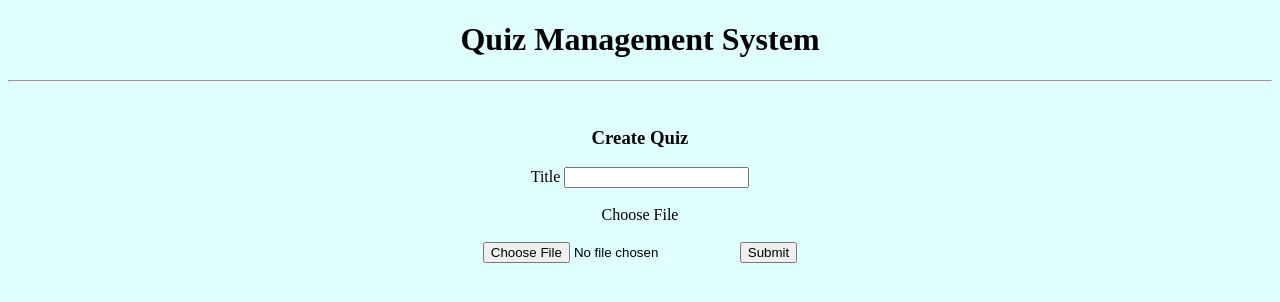
Repository: Rohitsenpai01/Quiz-Manangement-System
Page: http://localhost/WebQuizApp/createquiz.jsp
An editor plug-in stored every save of this project. The page is shown before and after the next save, followed by the edit.
The browser window is 1280 px wide. The pictures show the whole page.
The page is served by Tomcat 9.

Above is the page before, as saved 2025-12-29 14:21:32.

After the next save:
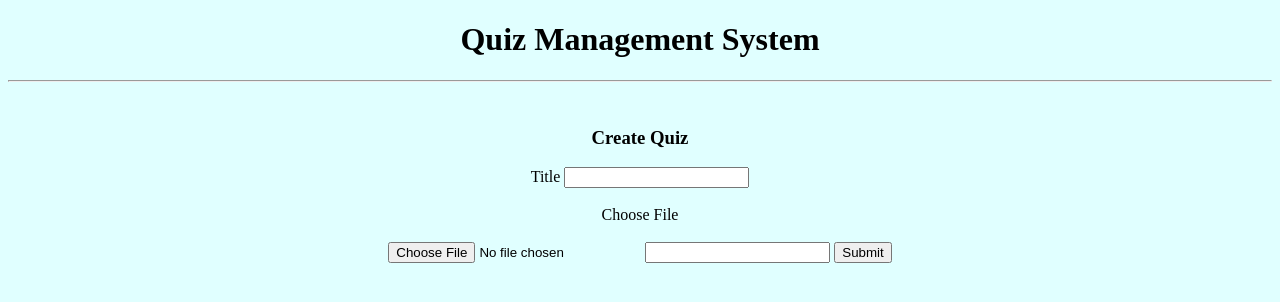
Saved 22 s later.
--- a/WebQuizApp/WebQuizApp/src/main/webapp/createquiz.jsp
+++ b/WebQuizApp/WebQuizApp/src/main/webapp/createquiz.jsp
@@ -16,7 +16,7 @@
 			Title <input type="text" name="title"><br><br>
 			Choose File<br><br>
 			<input type="file" id="upFile" name="filename">
-			<input type="hidden" name="user_id" value="${lp.user.id}">
+			<input type="text" name="user_id" value="${lp.user.id}">
 			<input type="submit" value="Submit">
 		</form>
 	</div>

After the save that followed:
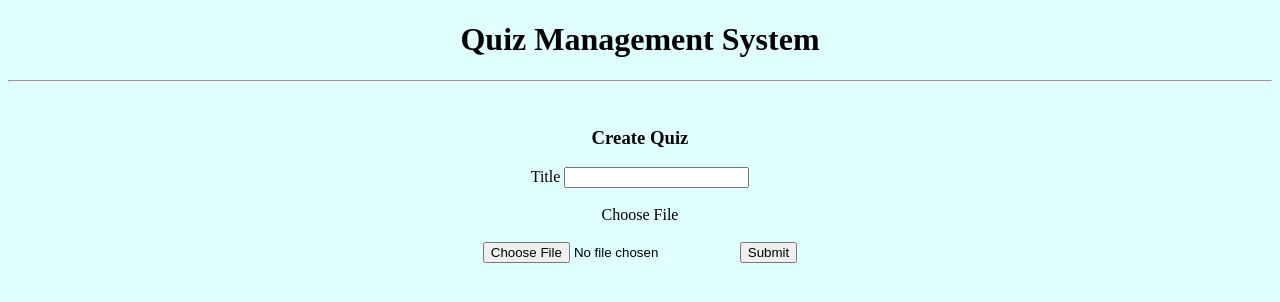
Saved 53 s later.
--- a/WebQuizApp/WebQuizApp/src/main/webapp/createquiz.jsp
+++ b/WebQuizApp/WebQuizApp/src/main/webapp/createquiz.jsp
@@ -16,7 +16,7 @@
 			Title <input type="text" name="title"><br><br>
 			Choose File<br><br>
 			<input type="file" id="upFile" name="filename">
-			<input type="text" name="user_id" value="${lp.user.id}">
+			<input type="hidden" name="user_id" value="${lp.user.id}">
 			<input type="submit" value="Submit">
 		</form>
 	</div>
